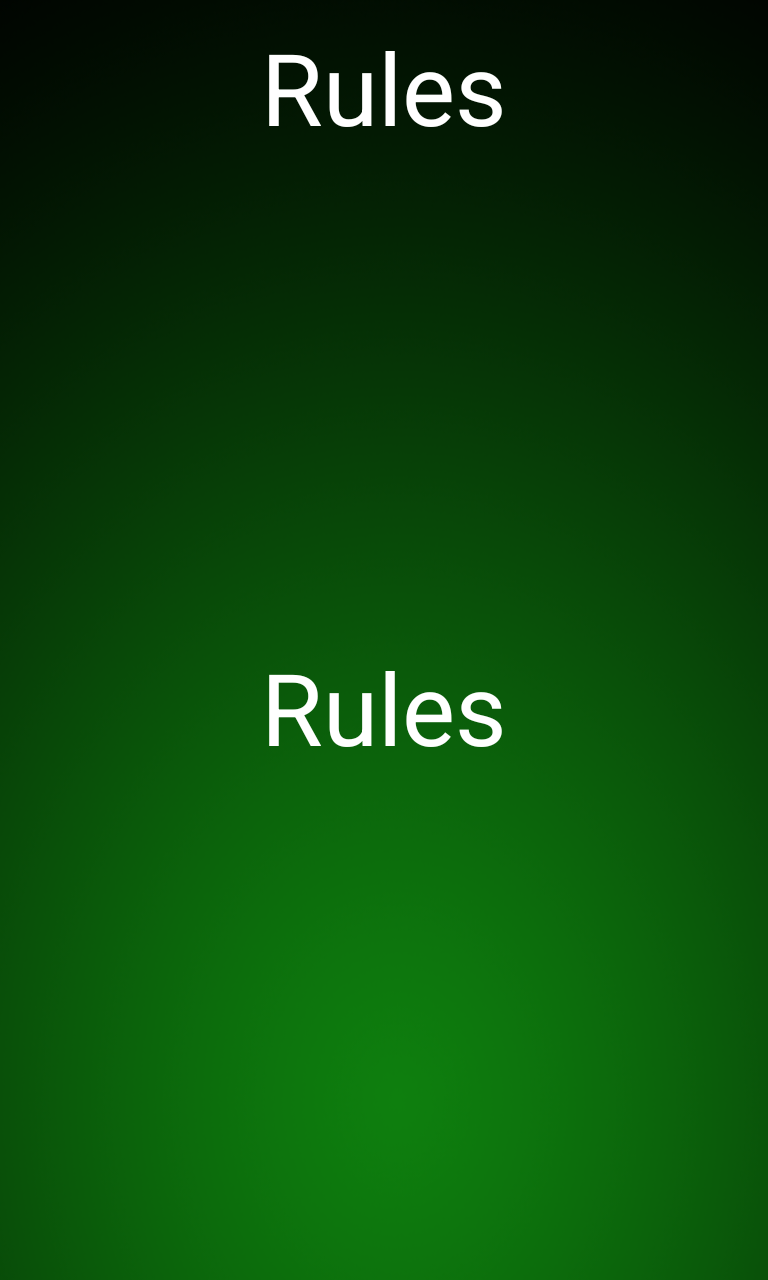
Repository: jwu14/AAProductions
Layout: EgyptianRatscrew/res/layout/activity_rules.xml
The author's editor kept a copy of each file at every save. The layout is drawn from the files as they stood at one save, then again after the next save.
It is drawn on a 768 x 1280 px phone screen (xhdpi) without system bars, with theme AppTheme; the app's code is not run.

Above is the layout before, as saved 2013-03-06 20:58:01.

After the next save:
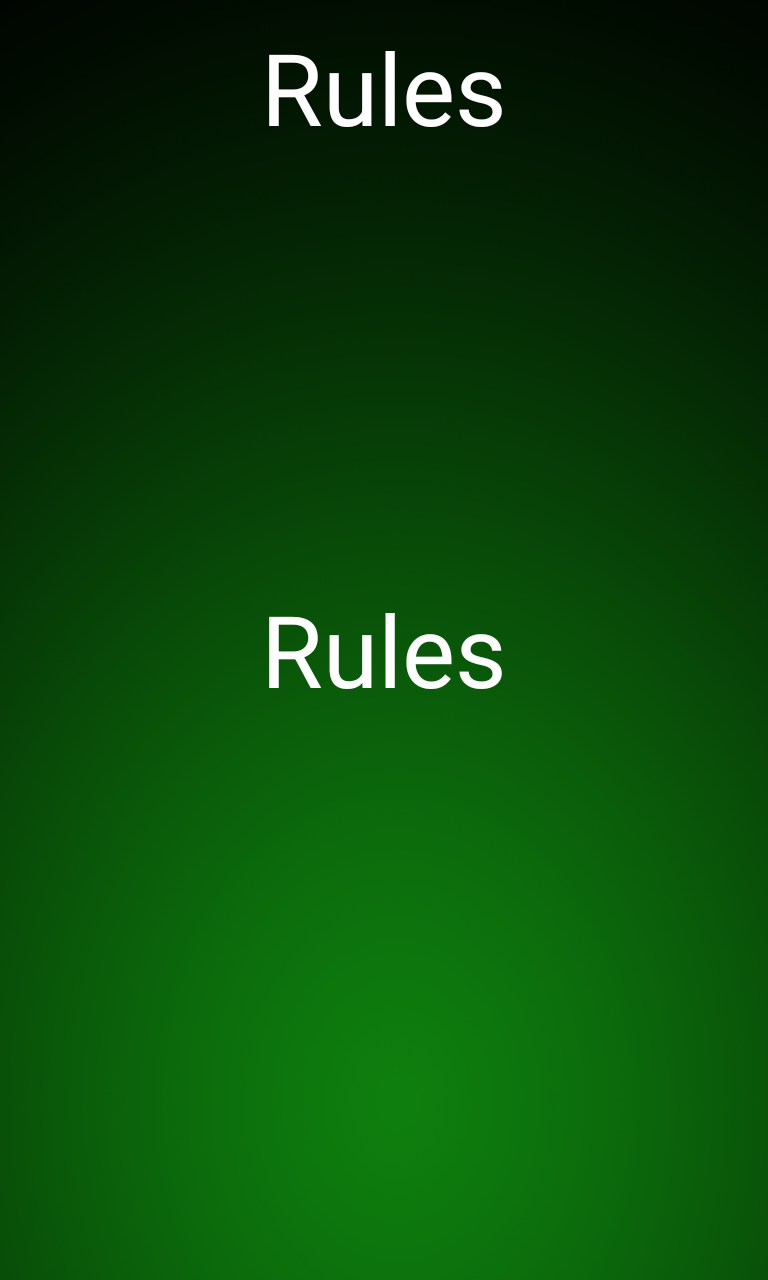
Saved 17 s later.
--- a/EgyptianRatscrew/res/layout/activity_rules.xml
+++ b/EgyptianRatscrew/res/layout/activity_rules.xml
@@ -12,7 +12,7 @@
     <TextView
         android:id="@+id/rules"
         android:layout_width="match_parent"
-        android:layout_height="68dp"
+        android:layout_height="10dp"
         android:layout_weight="0.23"
         android:clickable="false"
         android:gravity="center_horizontal"

After the save that followed:
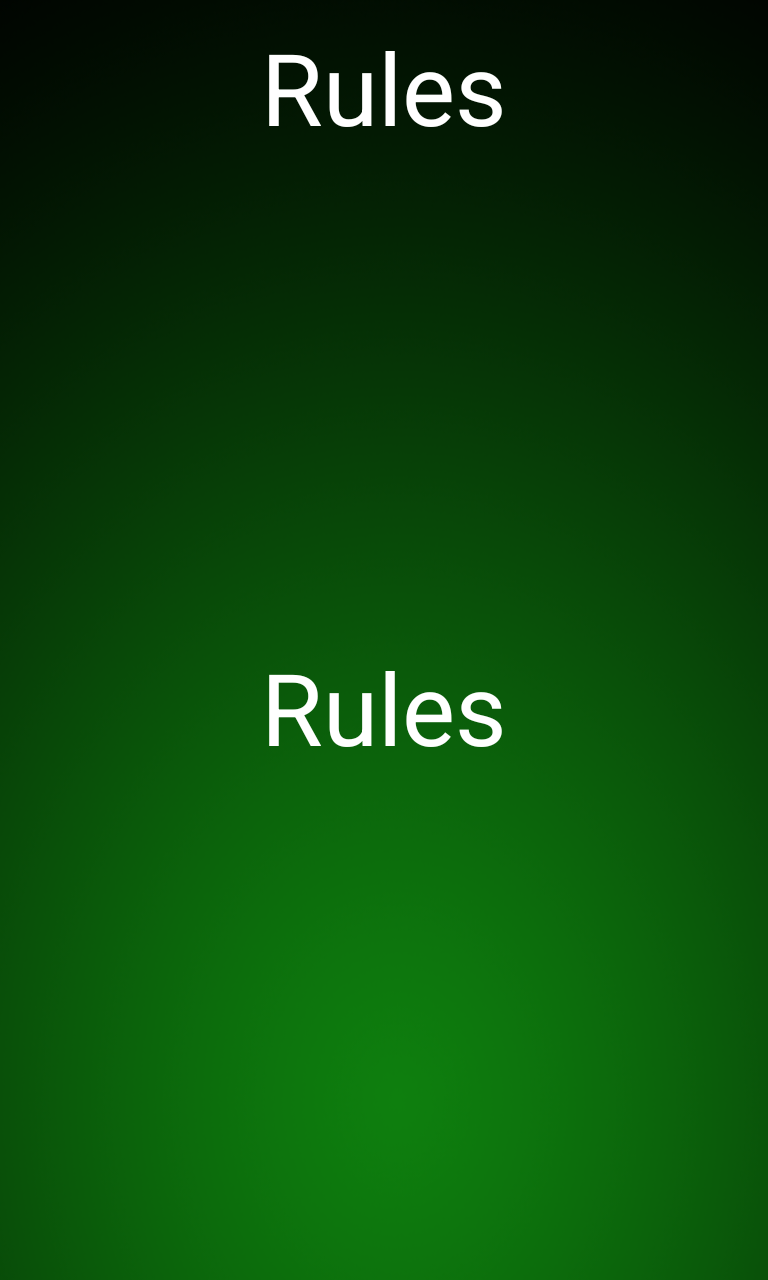
Saved 5 s later.
--- a/EgyptianRatscrew/res/layout/activity_rules.xml
+++ b/EgyptianRatscrew/res/layout/activity_rules.xml
@@ -12,7 +12,7 @@
     <TextView
         android:id="@+id/rules"
         android:layout_width="match_parent"
-        android:layout_height="10dp"
+        android:layout_height="68dp"
         android:layout_weight="0.23"
         android:clickable="false"
         android:gravity="center_horizontal"
